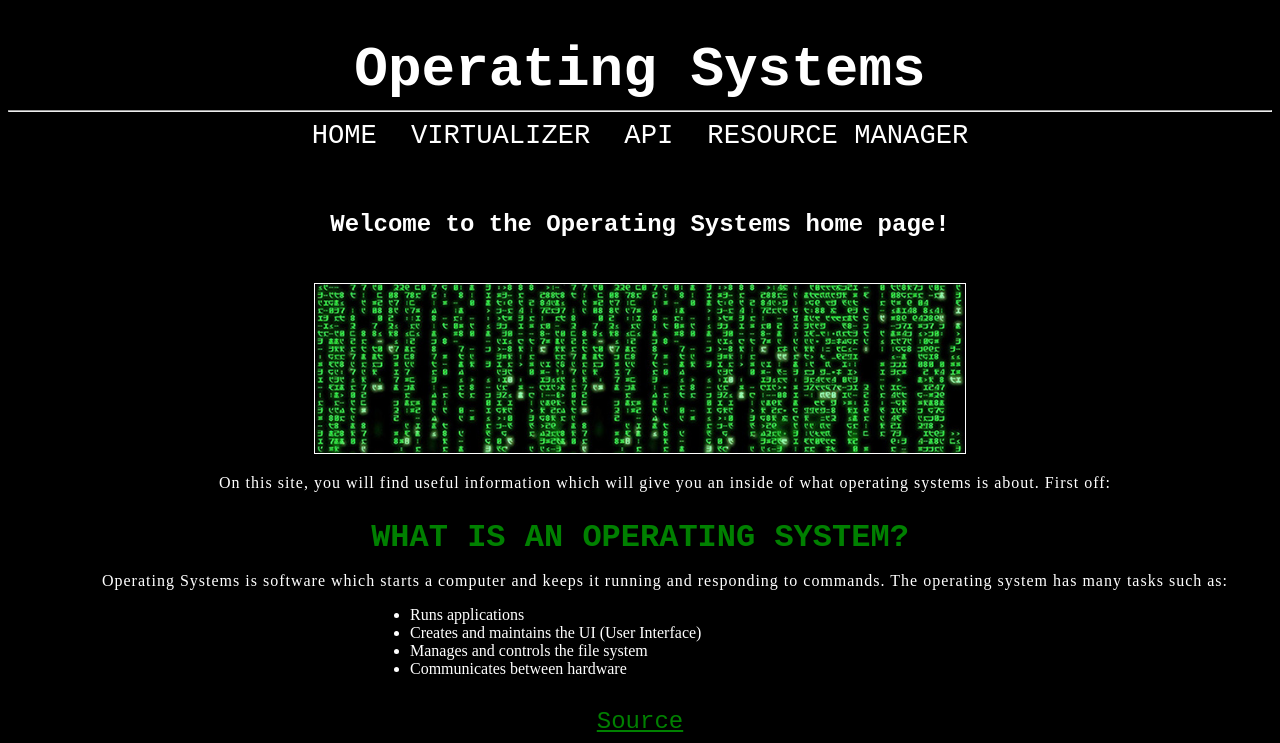
Repository: ctm93/website2
Page: http://localhost/page1.php
The author's editor kept a record of every edit. The page is drawn from the files as they stood at one moment, then again after the next edit.
The browser window is 1280 px wide. The pictures show the whole page.
Some web fonts or font styles are not loaded; a fallback is used. The page is run by PHP 8.4 with error messages shown; the project is at /var/www/html/.

Above is the page before.

After the next edit:
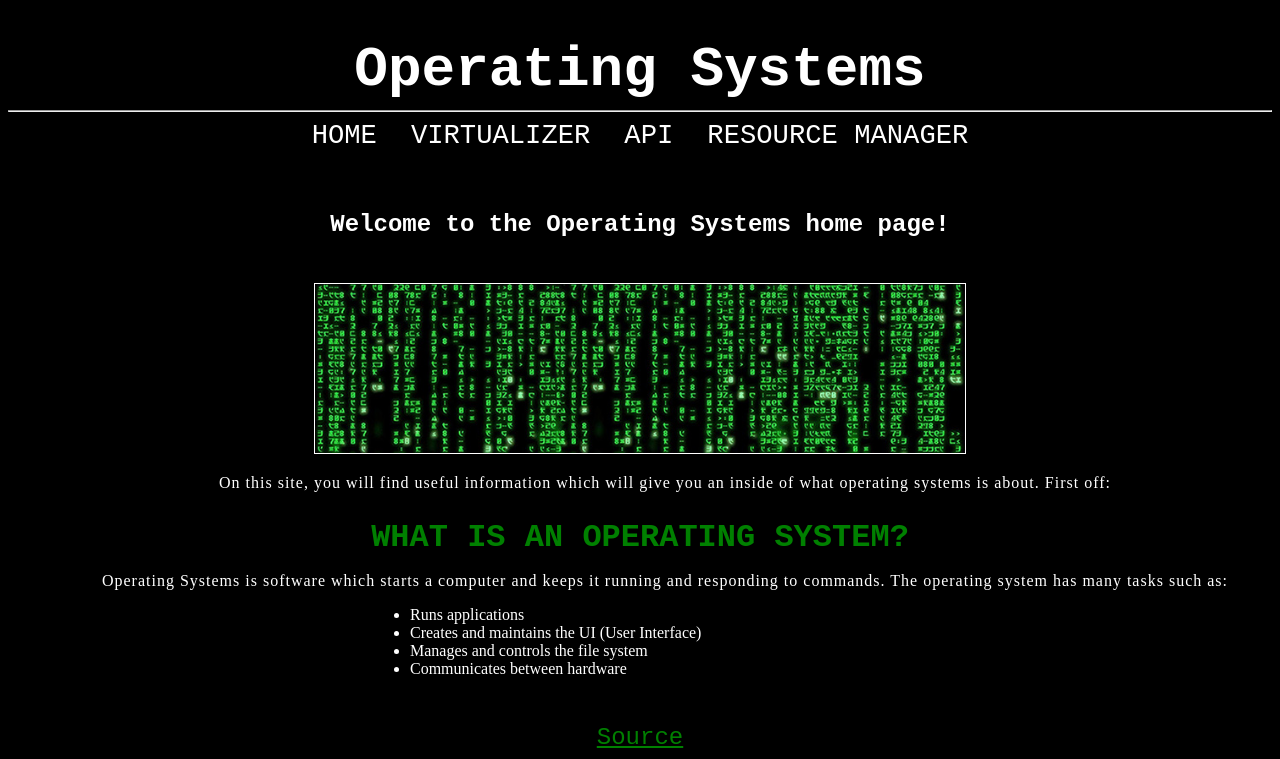
The edit:
--- a/page1.php
+++ b/page1.php
@@ -45,7 +45,7 @@
                       <li>Manages and controls the file system</li>
                       <li>Communicates between hardware</li>
                 </ul>
-                </p1>
+                </p>
 
             </div>
         </main>

After the edit that followed:
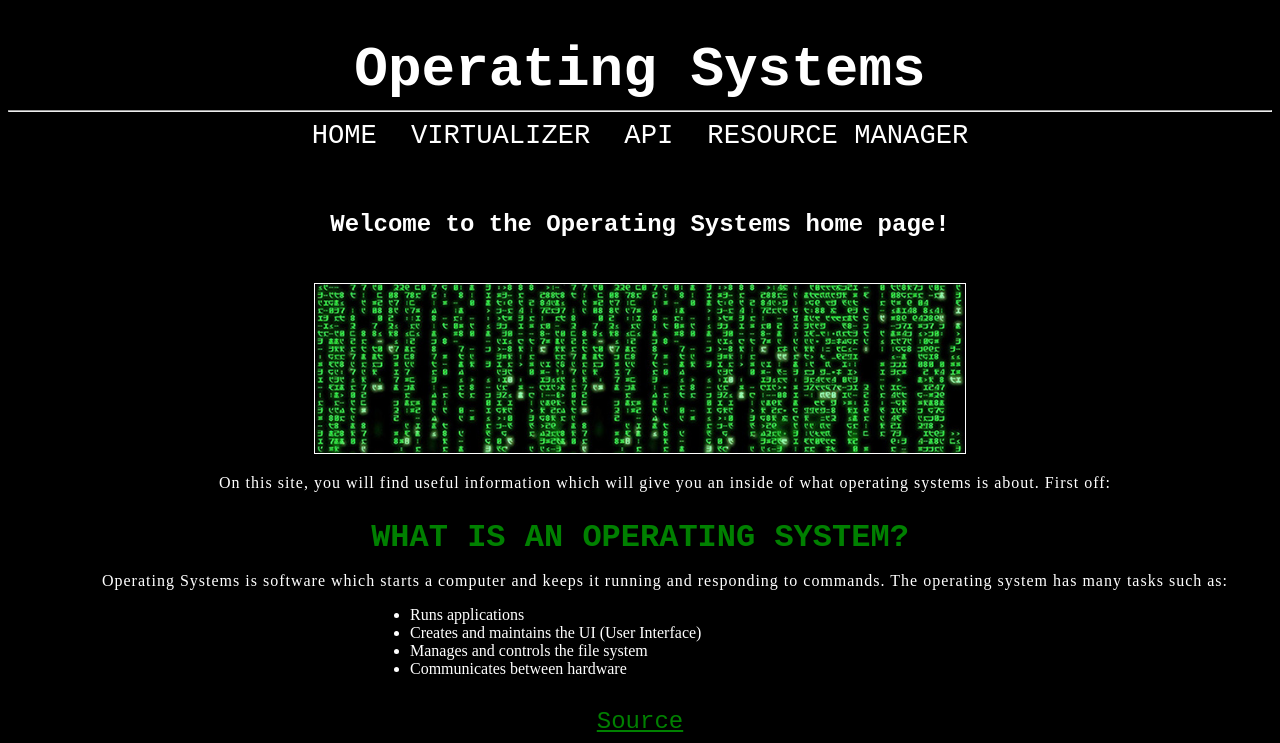
The edit:
--- a/page1.php
+++ b/page1.php
@@ -45,7 +45,7 @@
                       <li>Manages and controls the file system</li>
                       <li>Communicates between hardware</li>
                 </ul>
-                </p>
+
 
             </div>
         </main>
